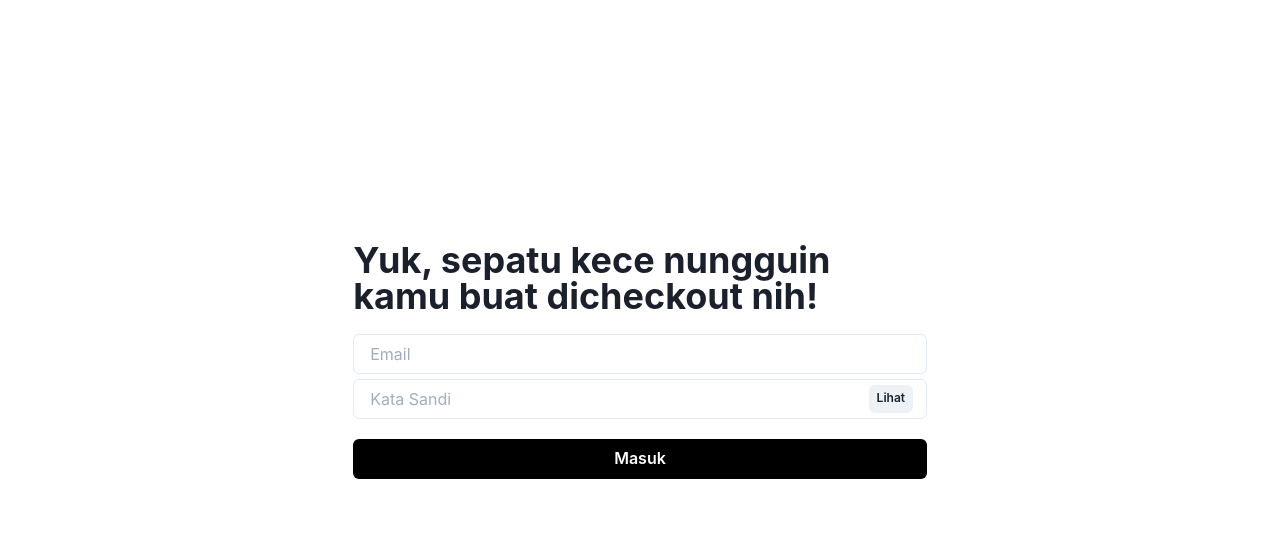
Repository: haileykwen/hanskering
Page: /
The author's editor kept a copy of each file at every save. The page is drawn from the files as they stood at one save, then again after the next save.
The browser window is 1280 px wide. The pictures show the whole page.
The project was rebuilt for these pictures with package versions that can differ from the ones it lists, and the page was loaded fresh each time. Also part of the build but not shown: src/App.css, src/pages/Signup/index.js.

Above is the page before, as saved 2021-12-10 11:18:25.

After the next save:
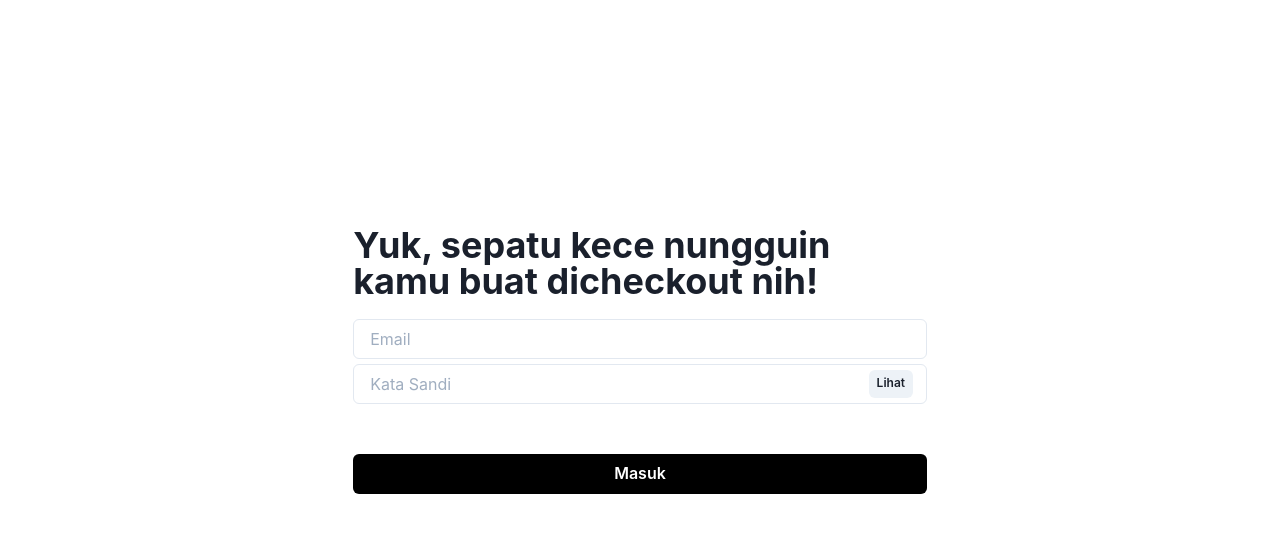
Saved 28 s later.
--- a/src/pages/Signin/index.js
+++ b/src/pages/Signin/index.js
@@ -28,7 +28,7 @@ const Signin = () => {
             <Button
                 isLoading={false}
                 loadingText='Submitting'
-                marginTop="20px"
+                marginTop="50px"
                 width="100%"
                 backgroundColor="black"
                 transition="0.3s"
